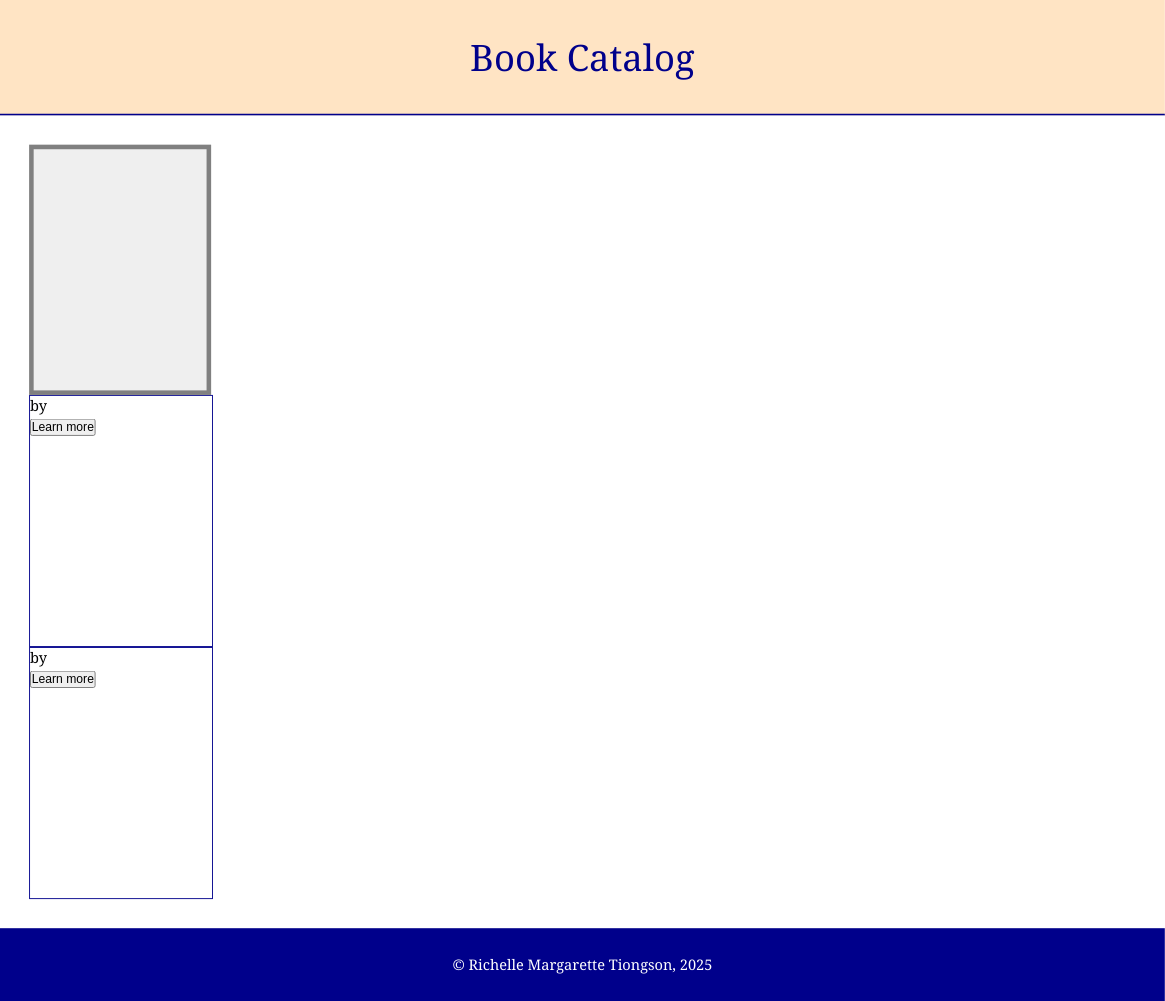
Repository: richelletiongson/comp3170_lab01
Page: /
An editor plug-in stored every save of this project. The page is shown before and after the next save, followed by the edit.
The browser window is 1280 px wide. The pictures show the whole page, at 91% of full size.
The project was rebuilt for these pictures with package versions that can differ from the ones it lists, and the page was loaded fresh each time. Also part of the build but not shown: vite.config.js.

Above is the page before, as saved 2025-09-14 00:03:59.

After the next save:
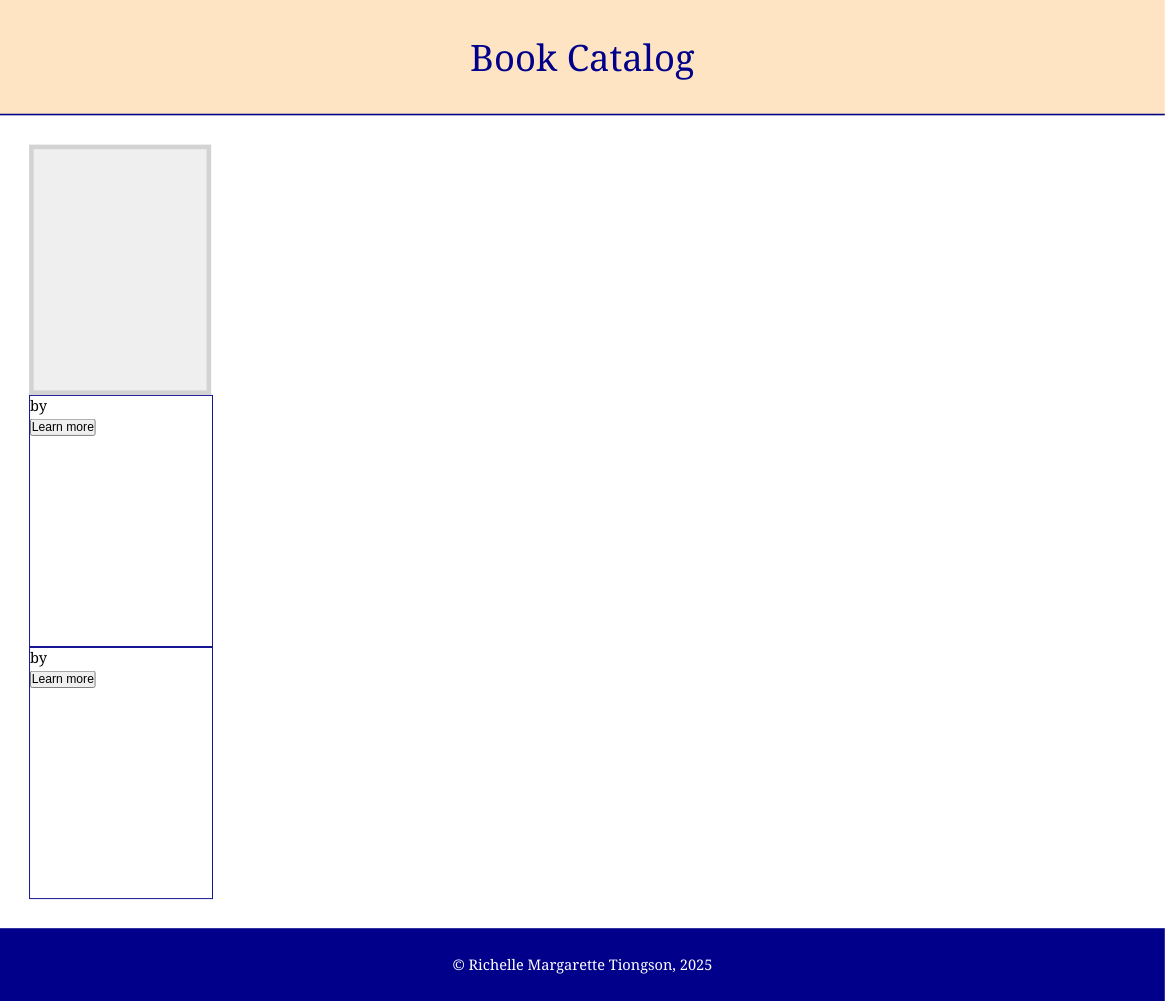
Saved 69 s later.
--- a/src/index.css
+++ b/src/index.css
@@ -40,7 +40,7 @@ body {
 }
 
 .new {
-  border: solid 5px grey;
+  border: solid 5px lightgray;
   height:275px;
   width:200px;
 }
